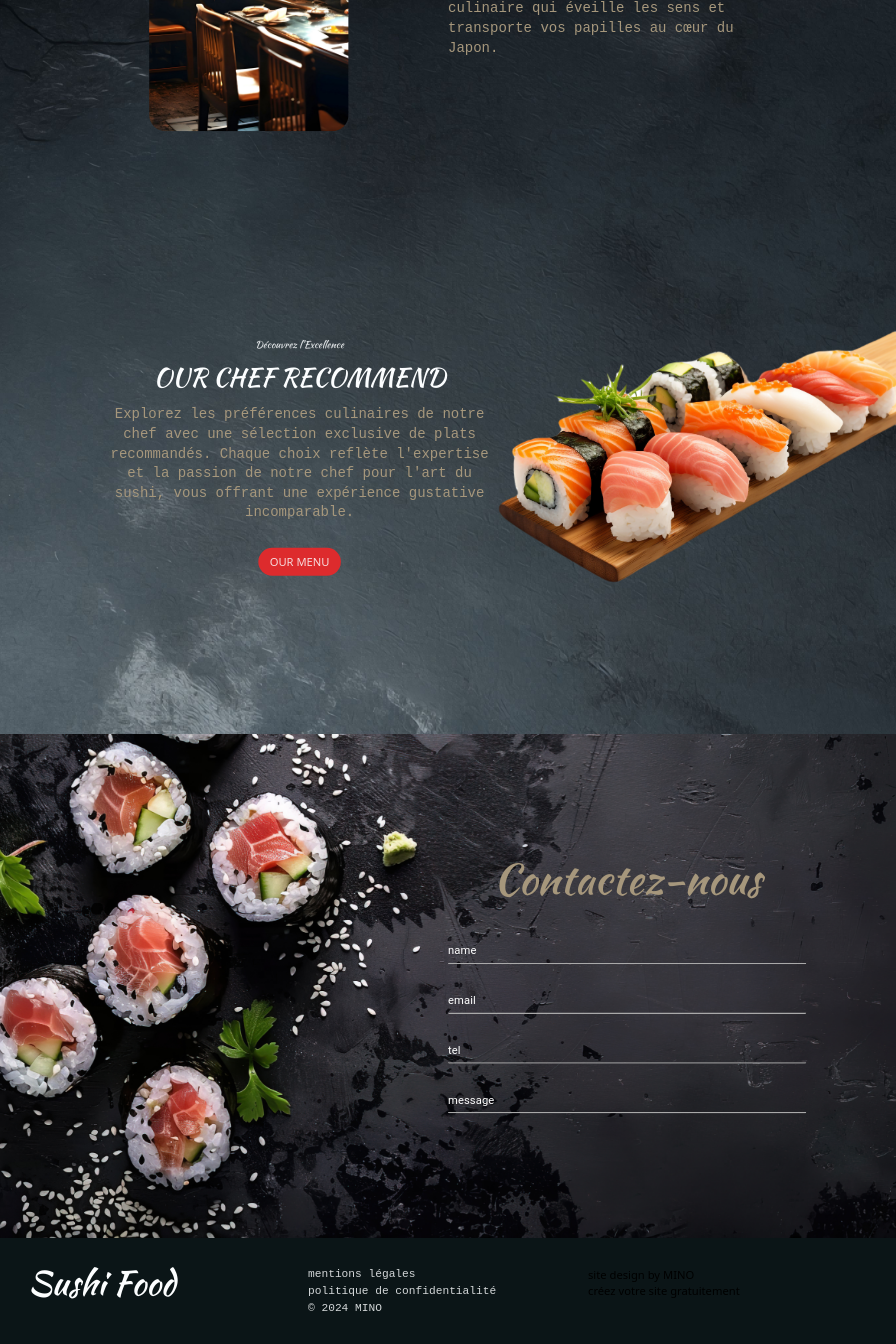
Repository: Adrien-legeleu/sushi-food
Page: /
An editor plug-in stored every save of this project. The page is shown before and after the next save, followed by the edit.
The browser window is 1280 px wide. The pictures show the part of the page from y = 1192 to 3112 px (the page is 3112 px tall), at 70% of full size.
Backgrounds fixed to the window are drawn as part of the page. Some web fonts or font styles are not loaded; a fallback is used. The project was rebuilt for these pictures with package versions that can differ from the ones it lists, and the page was loaded fresh each time. Also part of the build but not shown: vite.config.ts.

Above is the page before, as saved 2024-04-30 12:44:26.

### src/App.tsx
import { About, Contact, Header, Landing, Menu } from "./Components"
import { Footer } from "./Components/Footer"

const App =()=> {
  return (
    <div className="bg-greenBlack h-full w-full gap-20">
      <Header/>
      <Landing/>
      <div className="h-full w-full bg-[url('././assets/fond.jpeg')]  bg-cover bg-center relative">
          <About/>
           <Menu/>
      </div>
      <Contact/>
      <Footer/>
    </div>
  )
}

export default App

### src/index.css
@import url('https://fonts.googleapis.com/css2?family=Kaushan+Script&family=Nanum+Gothic+Coding&display=swap');

@tailwind base;
@tailwind components;
@tailwind utilities;

*{
    margin: 0;
    padding: 0;
    box-sizing: border-box;
}

### src/Components/index.ts
export * from "./Landing";
export * from "./Header";
export * from "./About";
export * from "./Menu";
export * from "./Contact";

### src/Components/Footer.tsx
export const Footer =()=>{
    return(
        <div className="h-full w-full grid grid-cols-3  itmes-center p-10">
            <h2 className="font-title text-whiteTitle text-5xl">
                Sushi Food
            </h2>
            <ul>
                <li className="font-text text-whiteText">mentions légales</li>
                <li className="font-text text-whiteText" >politique de confidentialité</li>
                <li className="font-text text-whiteText">© 2024 MINO</li>
            </ul>
            <div>
                <p>site design by MINO</p>
                <button>
                    créez votre site gratuitement
                </button>
            </div>
        </div>
    )
}

### src/Components/Landing.tsx
export const Landing =()=>{
    return(
        <div className="h-screen w-full bg-[url('././assets/mainfond.jpg')] bg-cover bg-center-top flex items-center justify-center flex-col gap-10 pt-10">
            <h1 className="font-title text-whiteTitle text-8xl">Taste the difference</h1>
            <p className="text-whiteText font-text text-2xl text-center w-1/3">Experience Japan in every bite with our fresh and flavorful sushi.</p>
        </div>
    )
}

### src/Components/Header.tsx
import InstagramIcon from '@mui/icons-material/Instagram';
import FacebookIcon from '@mui/icons-material/Facebook';
import PinterestIcon from '@mui/icons-material/Pinterest';
export const Header =()=>{
    return (
        <div className='fixed h-20 w-full max-w-[1400px] top-0 left-1/2 -translate-x-1/2 flex justify-between items-center pl-12 pr-12'>
            <h2 className='font-title text-4xl text-whiteTitle'>Sushi Food</h2>
            <ul className='flex items-center gap-5 justify-between text-whiteText text-xl'>
                <li className='cursor-pointer  duration-200 hover:bg-red rounded-full p-6 pt-2 pb-2'>About</li>
                <li className='cursor-pointer  duration-200 hover:bg-red rounded-full p-6 pt-2 pb-2'>Menus</li>
                <li className='cursor-pointer  duration-200 hover:bg-red rounded-full p-6 pt-2 pb-2'>Reservation</li>
            </ul>
            <ul className='flex items-center justify-between gap-5  text-whiteTitle'>
                <li className='cursor-pointer  duration-300 hover:scale-125'>
                    <InstagramIcon/>


                </li>
                <li className='cursor-pointer  duration-300 hover:scale-125'> <FacebookIcon/></li>
                <li className='cursor-pointer  duration-300 hover:scale-125'><PinterestIcon/></li>
            </ul>
        </div>
    )
}

### src/Components/About.tsx
export const About =()=>{
    return(
        <div className="h-screen w-full  relative flex items-center justify-center ">
            {/* <div className="absolute w-3/4 h-3/4  -top-1/2 left-0">
                <img className="w-full h-full object-contain" src="" alt="cerisier" />
            </div> */}
            <div className="flex items-center mt-20 w-2/3 h-[90%] ">
                <div className="flex-1 h-[80%]">
                    <img className="w-2/3 h-full rounded-3xl object-cover" src="./picture.jpeg" alt="" />
                </div>
                <div className="flex-1 flex gap-4 flex-col">
                    <h6 className="text-whiteText text-sm font-title">YOUR SPECIAL OCCASION DETINATION</h6>
                    <h2 className="text-green text-xl font-text">Découvrez SushiFood : fraîcheur, qualité et créativité dans chaque bouchée !</h2>
                    <p className="text-green text-xl font-text mt-1">SushiFood vous invite à découvrir une symphonie de saveurs exquises, où chaque plat est une exploration culinaire qui éveille les sens et transporte vos papilles au cœur du Japon.</p>
                </div>
            </div>
        </div>
    )
}

### src/Components/Menu.tsx
export const Menu = ()=>{
    return(
        <div className="h-screen w-full pl-36">
            <div className="flex items-center mt-20 w-full h-[90%] ">
                <div className="flex-1 flex gap-4 flex-col text-center relative ">
                    <h6 className="text-whiteText text-sm font-title">Découvrez l'Excellence</h6>
                    <h2 className="text-whiteTitle text-4xl font-title">OUR CHEF RECOMMEND</h2>
                    <p className="text-green text-xl font-text mt-1">Explorez les préférences culinaires de notre chef avec une sélection exclusive de plats recommandés. Chaque choix reflète l'expertise et la passion de notre chef pour l'art du sushi, vous offrant une expérience gustative incomparable.</p>
                    <button className=" mt-5 p-2 pl-4 pr-4 hover:brightness-90 duration-300  bg-redBG rounded-full m-auto text-whiteText">OUR MENU</button>
                </div>
                <div className="flex-1 h-[80%]">
                    <img className="w-full h-full  rounded-3xl object-contain" src="./psd.png" alt="" />
                </div>
            </div>
        </div>
    )
}

### src/Components/Contact.tsx
import { styled, TextField } from "@mui/material"

export const Contact =()=>{
    return(
        <div  className="h-screen w-full bg-[url('././assets/contact-fond.jpg')] bg-cover bg-bottom bg-fixed flex flex-col items-center justify-center">
            <h2 className="font-title text-6xl text-green pl-[50%] pr-[10%] mb-10 ">Contactez-nous</h2>
            <form className="flex flex-col w-full pl-[50%] pr-[10%] gap-5">
                <StyledTextField  id="name" label="name" variant="standard" />
                <StyledTextField id="email" label="email" variant="standard" />
                <StyledTextField id="tel" label="tel" variant="standard" />
                <StyledTextField id="message" label="message" variant="standard" />
            </form>
        </div>
    )
}

const StyledTextField = styled(TextField)({
    "& .MuiInputBase-input": {
        color: "white", // Couleur du texte blanc
        fontSize: "18px", // Taille de police augmentée
    },
    "& .MuiInput-underline:after": {
        borderBottomColor: "#a1a1a1",
    },
     "& .MuiInput-underline:before": {
        borderBottomWidth: "2px",
        padding: "10px",
        borderBottomColor: "#a9a9a9",
        borderRadius: "2px", // Border radius ajouté
    },
    "& .MuiFormLabel-root": {
        color: "white", // Couleur du placeholder blanc
    },
    "& .MuiFormLabel-root.Mui-focused": {
        color: "#a1a1a1",
    },
});

### tailwind.config.js
/** @type {import('tailwindcss').Config} */
export default {
  content: ["./index.html", "./src/**/*.{js,ts,jsx,tsx}"],
  theme: {
    extend: {
      backgroundColor: {
        greenBlack: "#0B1517",
        redBG: "#DD2B2D",
      },
      colors: {
        green: "#A6977C",
        red: "#DD2B2D",
        whiteTitle: "#FCFEFF",
        whiteText: "#FCFEFFD5",
      },
    },
    fontFamily: {
      title: ["Kaushan Script", "cursive"],
      text: ["Nanum Gothic Coding", "monospace"],
    },
  },
  plugins: [],
};

Loaded but not shown: index.html (common file); src/main.tsx (common file)

After the next save:
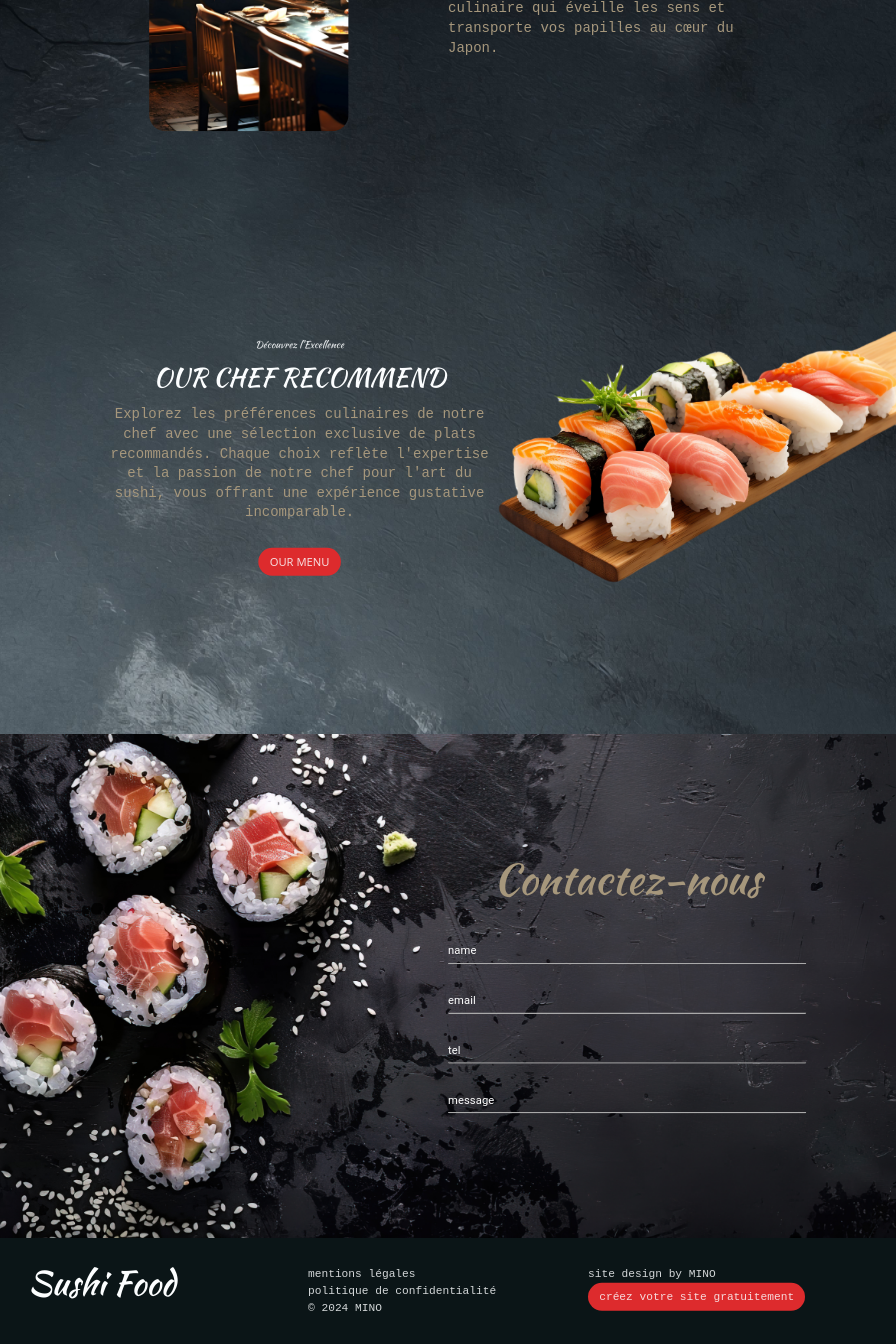
Saved 28 s later.
--- a/src/Components/Footer.tsx
+++ b/src/Components/Footer.tsx
@@ -10,8 +10,8 @@ export const Footer =()=>{
                 <li className="font-text text-whiteText">© 2024 MINO</li>
             </ul>
             <div>
-                <p>site design by MINO</p>
-                <button>
+                <p className="font-text text-whiteText">site design by MINO</p>
+                <button className="font-text text-whiteText p-2 pl-4 pr-4 bg-redBG rounded-full">
                     créez votre site gratuitement
                 </button>
             </div>
